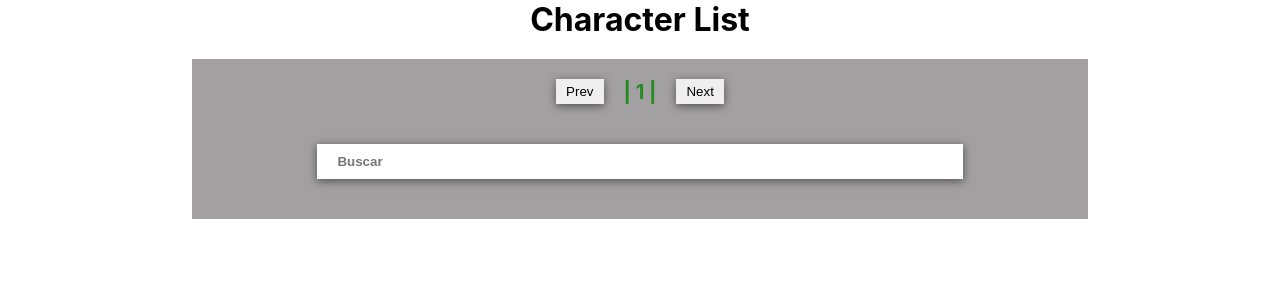
Repository: DanielVegaf/rick-and-morty-api
Page: /
The author's editor kept a copy of each file at every save. The page is drawn from the files as they stood at one save, then again after the next save.
The browser window is 1280 px wide. The pictures show the whole page.
The page's requests for data from a server got no answer. The project was rebuilt for these pictures with package versions that can differ from the ones it lists, and the page was loaded fresh each time. No one was signed in, and anything a server would have sent is missing. Also part of the build but not shown: vite.config.js, src/components/characterDetails/CharacterDetails.jsx.

Above is the page before, as saved 2022-07-11 12:14:49.

### src/App.jsx
import { Routes, Route } from 'react-router-dom';

import './App.css'
import { CharacterDetails } from './components/characterDetails/CharacterDetails';
import { CharactersList } from './components/characterList/CharactersList';


function App() {

  return (
    <div className="App">
        <Routes>
          <Route path='/' element={<CharactersList />}/>
          <Route path='/character/:characterId' element={<CharacterDetails />}/>
        </Routes>
    </div>
  )
}

export default App

### src/App.css
:root{
  --ShadowBox: 0 2px 9px rgb(0, 0, 0, 0.5);
}

*{
  margin: 0;
  padding: 0;
  box-sizing: border-box;
  text-decoration: none;
}

.App {
  display: flex;
  flex-direction: column;
  align-items: center;
  text-align: center;
}

.container{
  width: 70%;
  margin: 20px;
  background-color: rgb(162, 160, 160);
}

.buttons{
  display: flex;
  align-items: center;
  justify-content: center;
  padding: 20px;
}

.buttons button{
  border: none;
  margin: 0 20px;
  padding: 5px 10px;
  cursor: pointer;
  transition: transform .1s ease-in-out;
  box-shadow: var(--ShadowBox);
}
.buttons button:active {
  transform: scale(.93);
}
.page{
  color: forestgreen;
  font-weight: bold;
  font-size: 20px;
}

input{
  margin: 20px 0 40px;
  padding: 10px 20px;
  border: none;
  box-shadow: var(--ShadowBox);
  font-weight: bold;
  outline: none;
  width: 72%;
}

.gallery{
  display: flex;
  align-items: center;
  justify-content: center;
  margin: 0 0 40px;
}

.infoImage{
  width: 300px;
  height: 300px;
  overflow: hidden;
}

.infoImage img{
  width: inherit;
  height: inherit;
  transition: transform .2s ease-in-out;
}

.infoImage img:hover{
  transition: transform .2s ease-in-out;
  transform: scale(1.1);
}


.info{
  width: 300px;
  box-shadow: var(--ShadowBox);
  color: forestgreen;
  font-weight: bold;
  font-size: 24px;
  cursor: pointer;
}

.info:active{
  transform: scale(.99);
}

.infoName{
  padding: 20px;
  background-color: white;
}

/* Character Details */

.Details{
  background-color: blueviolet;
  display: flex;
  flex-direction: column;
  width: 90%;
  height: 100vh;
}

.GoHome{
  display: flex;
  align-items: center;
  justify-content: center;
  width: 60px;
  padding: 10px;
  margin: 20px 0 40px;
  box-shadow: var(--ShadowBox);
  font-weight: bold;
  cursor: pointer;
  background-color: white;
}

### src/components/characterList/CharactersList.jsx
import { useState, useEffect, useRef } from 'react';
import { Link } from 'react-router-dom';

import { getAllCharacters, searchCharacter } from '../../services/api';

export function CharactersList() {

    const inputSearch = useRef(null);
    const [character, setCharacter] = useState([])
    const [page, setPage] = useState(1)
    const [search, setSearch] = useState("")

    useEffect(() => {
        getAllCharacters(page)
            .then(setCharacter)
            .catch(console.log)
    }, [page])

    const onChangePage = (next) => {
        if (!character.previous && page + next <= 0) return;
        if (!character.next && page + next >= 42) return;

        setPage(page + next)
    }

    const onTextSearch = (event) => {
        event.preventDefault();
        const text = inputSearch.current.value;
        setSearch(text);
    }

    const onSearchSubmit = (event) => {
        if (event.key !== 'Enter') return;

        inputSearch.current.value = "";
        searchCharacter(search).then(setCharacter).catch(console.log);
    }

    return (
        <>
            <h1>Character List</h1>
            <div className="container">

                <div className="buttons">
                    <button onClick={() => onChangePage(-1)}>Prev</button>
                    <p className='page'>| {page} |</p>
                    <button onClick={() => onChangePage(1)}>Next</button>
                </div>

                <input
                    ref={inputSearch}
                    type="text"
                    onChange={onTextSearch}
                    onKeyDown={onSearchSubmit}
                    placeholder="Buscar"
                />

                {
                    character?.results?.map((char, index) => {
                        return (
                            <div
                                className='gallery'
                                key={index}
                            >
                                <Link to={`/character/${char.id}`}>
                                    <div className="info">
                                        <div className="infoImage">
                                            <img src={char.image} alt="" />
                                        </div>
                                        <div className="infoName">
                                            <p>{char.name}</p>
                                        </div>
                                    </div>
                                </Link>
                            </div>
                        )
                    })
                }
            </div>
        </>
    );
};

### src/services/api.js
const BASE_URL = "https://rickandmortyapi.com/api/character";

export async function getAllCharacters(page = 1){
    try {
        const response = await fetch(`${BASE_URL}/?page=${page}`);
        const data = await response.json();
        // console.log(data);
        return data;
    } catch (error) {
        console.log(error);
    }
}

export async function searchCharacter(name){
    try {
        const response = await fetch(`${BASE_URL}/?name=${name}`)
        const data = await response.json();
        // console.log(data);
        return data;
    } catch (error) {
        console.log(error);
    }
}


export async function getSingleCharacter(id){
    try {
        const response = await fetch(`${BASE_URL}/${id}`);
        const data = await response.json();
        // console.log(data);
        return data;
    } catch (error) {
        console.log(error);
    }
}

Loaded but not shown: index.html (common file); src/main.jsx (common file); src/index.css (common file)

After the next save:
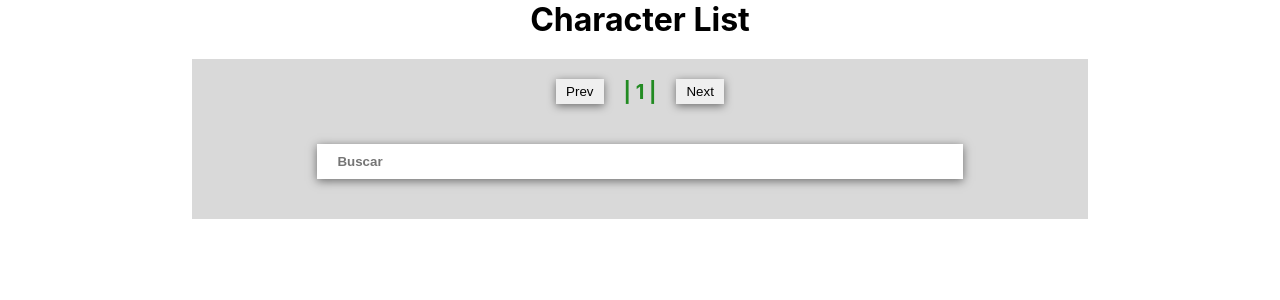
Saved 5 s later.
--- a/src/App.css
+++ b/src/App.css
@@ -19,7 +19,7 @@
 .container{
   width: 70%;
   margin: 20px;
-  background-color: rgb(162, 160, 160);
+  background-color: rgb(217, 217, 217);
 }
 
 .buttons{
